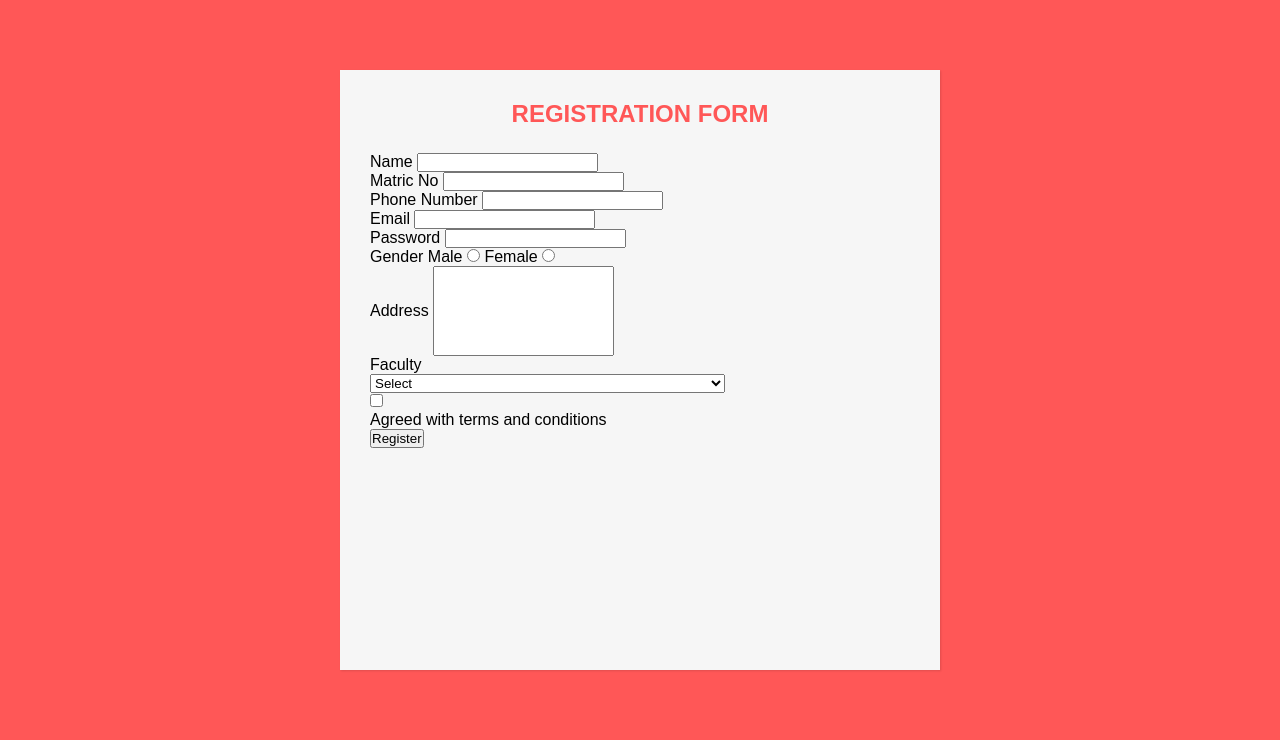
Repository: salmaARS/shovice
Page: public/register.html
An editor plug-in stored every save of this project. The page is shown before and after the next save, followed by the edit.
The browser window is 1280 px wide. The pictures show the whole page.

Above is the page before, as saved 2021-06-12 01:11:18.

### public/register.html
<!DOCTYPE html>
<html lang="en">

<head>
    <meta charset="UTF-8">
    <meta name="viewport" content="width=device-width, initial-scale=1.0">
    <title>Registration Form</title>
    <script src="https://cdnjs.cloudflare.com/ajax/libs/jquery/3.4.1/jquery.js"></script>
    <!--CSS-->
    <style>
        * {
            margin: 0;
            padding: 0;
            box-sizing: border-box;
            font-family: 'Montserrat', sans-serif;
        }

        body {
            background-color: #FF5757;
            padding: 0 10px;
        }

        .wrapper {
            max-width: 600px;
            width: 100%;
            height: 600px;
            background: #F6F6F6;
            margin: 70px auto;
            padding: 30px;
            box-shadow: 1px 1px 2px rgba(0, 0, 0, 0.125);


        }

        .wrapper .title {
            font-size: 24px;
            font-weight: 700;
            margin-bottom: 25px;
            color: #FF5757;
            text-transform: uppercase;
            text-align: center;
        }

        .wrapper .form {
            width: 100%;

        }

        .wrapper .form .input_field {
            margin-bottom: 15px;
            display: flex;
            align-items: center;

        }

        .wrapper .form .input_field label {
            width: 100px;
            color: #FF5757;
            margin-right: 10px;
            font-size: 14px;
        }

        .wrapper .form .input_field .input,
        .wrapper .form .input_field .textarea

        /* .wrapper .form .input_field .gender { */
            {
            width: 100%;
            outline: none;
            border: 1px solid #FF5757;
            font-size: 15px;
            padding: 8px 10px;
            border-radius: 3px;
            transition: all 0.3s ease;
        }

        .wrapper .form .input_field .gender {
            width: 70px;
            outline: none;
            margin-right: 1px;
            font-size: 10px;
            /* border-color: #FF5757; */
            position: relative;
            /* border: 1px solid #FF5757; */
        }

        .wrapper .form .input_field .check input[type="radio"] {
            position: absolute;
            top: 0;
            left: 0;
            opacity: 0;
        }

        .wrapper .form .input_field .check .checkmark {
            width: 15px;
            height: 15px;
            border: 1px solid #FF5757;
            display: block;
            position: relative;
            /* background: #FF5757; */
        }

        .wrapper .form .input_field .check .checkmark:before {
            content: "";
            position: absolute;
            top: 1px;
            left: 2px;
            width: 5px;
            height: 2px;
            border: 2px solid;
            border-color: transparent transparent #FF5757 #FF5757;
            transform: rotate(-45deg);
            display: none;

        }

        .wrapper .form .input_field .check input[type="radio"]:checked~.checkmark:before {
            display: block;


        }

        .wrapper .form .input_field .textarea {
            resize: none;
            height: 80px;
        }

        .wrapper .form .input_field .custom_select {
            position: relative;
            width: 100%;
            height: 37px;

        }

        .wrapper .form .input_field .custom_select select {
            appearance: none;
            border: 1px solid #FF5757;
            width: 100%;
            height: 100%;
            padding: 8px 10px;
            border-radius: 3px;
            outline: none;
        }

        .wrapper .form .input_field .input:focus,
        .wrapper .form .input_field .textarea:focus,
        .wrapper .form .input_field select:focus {
            border: 1px solid #C0CCDA;
        }

        .wrapper .form .input_field p {
            font-size: 14px;
            color: #FF5757;

        }

        .wrapper .form .input_field .check {
            width: 15px;
            height: 15px;
            position: relative;
            display: block;
            cursor: pointer;
        }

        .wrapper .form .input_field .check input[type="checkbox"] {
            position: absolute;
            top: 0;
            left: 0;
            opacity: 0;
        }

        .wrapper .form .input_field .check .checkmark {
            width: 15px;
            height: 15px;
            border: 1px solid #FF5757;
            display: block;
            position: relative;
            /* background: #FF5757; */
        }

        .wrapper .form .input_field .check .checkmark:before {
            content: "";
            position: absolute;
            top: 1px;
            left: 2px;
            width: 5px;
            height: 2px;
            border: 2px solid;
            border-color: transparent transparent #FF5757 #FF5757;
            transform: rotate(-45deg);
            display: none;

        }

        /* /* .wrapper .form .input_field .check input[type="checkbox"]:checked ~ .checkmark{
            background: #FF5757;

        } */
        .wrapper .form .input_field .check input[type="checkbox"]:checked~.checkmark:before {
            display: block;


        }

        .wrapper .form .input_field .btn {
            width: 100%;
            padding: 8px 10px;
            font-size: 15px;
            border: 0;
            background: #FF5757;
            color: black;
            cursor: pointer;
            border-radius: 3px;
            outline: none;
        }

        .wrapper .form .input_field:last-child {
            margin-bottom: 0;

        }

        .wrapper .form .input_field .btn:hover {
            background: #C0CCDA;

        }
    </style>
</head>

<body>
    <div class="wrapper">
        <div class="title">
            Registration Form
        </div>
        <form id="request" action="/register/success" method="POST">
            <div class="input_field">
                <label>Name</label>
                <input type="text" class="input" name="name" id="name">
            </div>
            <div class="input_field">
                <label>Matric No</label>
                <input type="text" class="input" name="matric" id="matric">
            </div>
            <div class="input_field">
                <label>Phone Number</label>
                <input type="text" class="input" name="phone" id="phone">
            </div>
            <div class="input_field">
                <label>Email</label>
                <input type="text" class="input" name="email" id="email">
            </div>
            <div class="input_field">
                <label>Password</label>
                <input type="text" class="input" name="password" id="password">
            </div>
            <div class="input_field">
                <label>Gender</label>
                <label class="genders">Male
                    <input type="radio" name="gender" value="Male">
                    <span class="checkmark"></span>
                </label>
                <label class="genders">Female
                    <input type="radio" name="gender" value="Female">
                    <span class="checkmark"></span>
                </label>

            </div>
            <div class="input_field">
                <label>Address</label>
                <input type="text" class="input" style="height:90px" name="address">
            </div>
            <div class="input_field">
                <label>Faculty</label>
                <div class="custom_select">
                    <select name="faculty">
                        <option value="">Select</option>
                        <option value="Faculty of Science">Faculty of Science</option>
                        <option value="Faculty of Built Environment and Surveying">Faculty of Built Environment and
                            Surveying</option>
                        <option value="Razak Faculty of Technology and Informatics">Razak Faculty of Technology and
                            Informatics</option>
                        <option value="Azman Hashim International Business School">Azman Hashim International Business
                            School</option>
                        <option value="Faculty Engineering">Faculty Engineering</option>
                        <option value="Malaysia-Japan International Institute of Technology">Malaysia-Japan
                            International Institute of Technology</option>
                        <option value="School of Prefessional & Continuing Education (SPACE)">School of Prefessional &
                            Continuing Education (SPACE)</option>
                        <option value="Faculty of Social Science and Huminities">Faculty of Social Science and
                            Huminities</option>

                    </select>
                </div>



            </div>
            <div class="input_field terms">
                <label class="check">
                    <input type="checkbox">
                    <span class="checkmark"></span>
                </label>
                <p> Agreed with terms and conditions</p>

            </div>
            <div class="input_field">
                <button class="btn" type="submit">Register</button>
            </div>



    </div>

    </form>

    <!-- <script>
        $('#frm-insertUser').submit(function (event) {
            event.preventDefault();


            var formData = $(this).serialize();


            $.ajax({
                type: "POST",
                url: "http://localhost/shovice/api/user/",
                data: formData,
                dataType: "json",

                success: function (data, status, xhr) {
                    if (data.rowcount > 0) {
                        alert('Succesfully registered user');
                        window.location.replace("./login.html");
                    }
                    else {
                        alert('fail to register, ' + data.errormessage);
                    }
                },

                error: function () {
                    alert('error: ' + status.log);
                }
            });
        });

    </script> -->
</body>

</html>

After the next save:
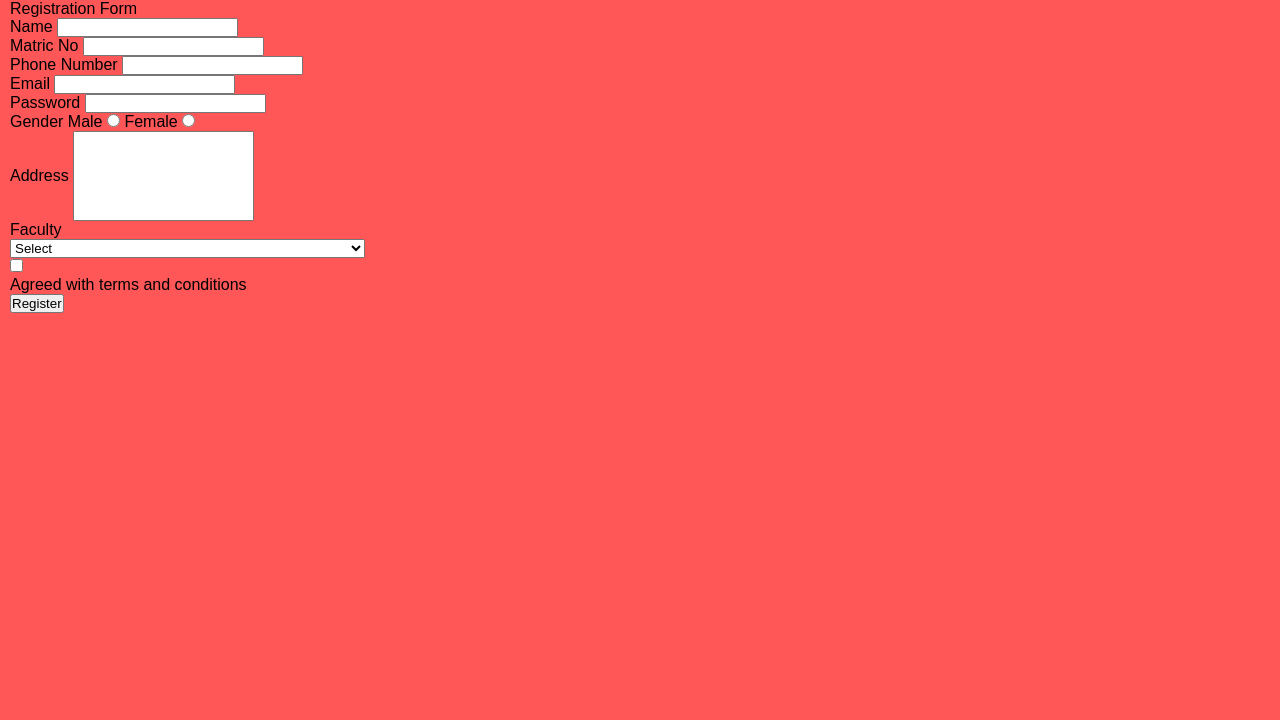
Saved 8 h 6 min later.
--- a/public/register.html
+++ b/public/register.html
@@ -227,11 +227,11 @@
 </head>
 
 <body>
-    <div class="wrapper">
+    <div class="user">
         <div class="title">
             Registration Form
         </div>
-        <form id="request" action="/register/success" method="POST">
+        <form id="user" action="/register/success" method="POST">
             <div class="input_field">
                 <label>Name</label>
                 <input type="text" class="input" name="name" id="name">

After the save that followed:
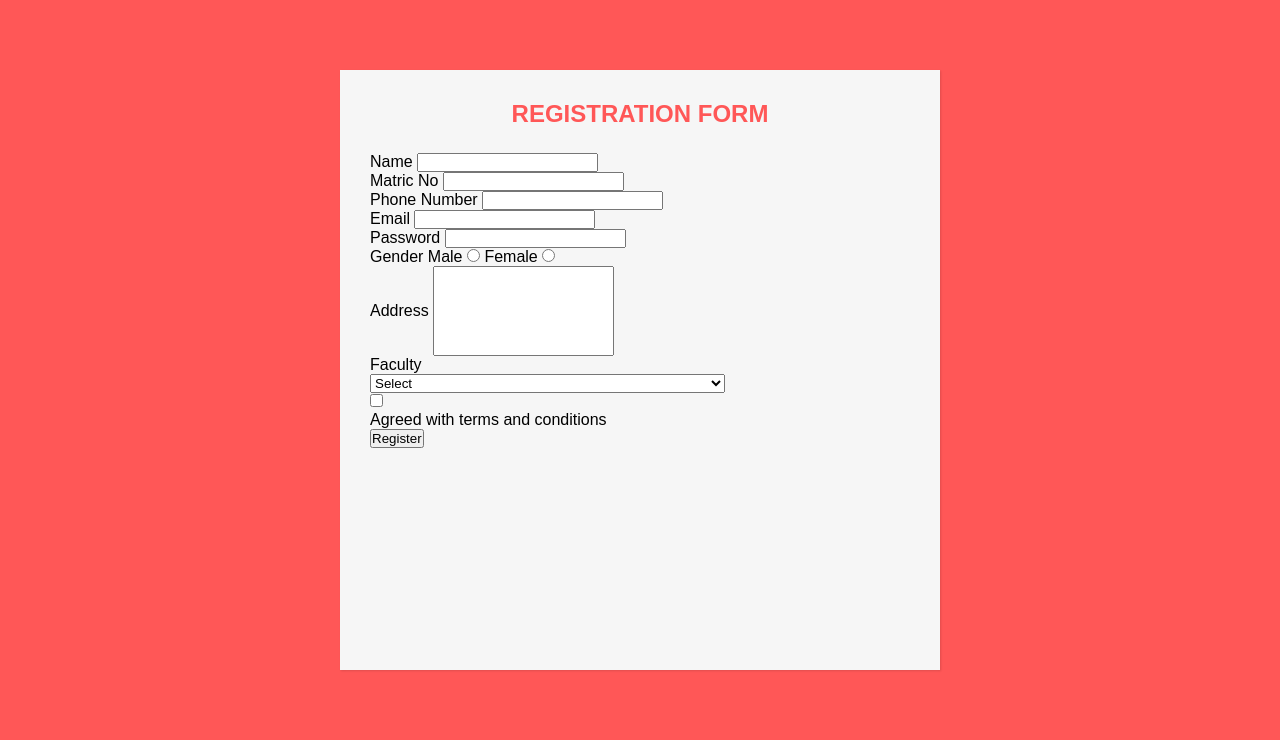
Saved 2 min 6 s later.
--- a/public/register.html
+++ b/public/register.html
@@ -227,7 +227,7 @@
 </head>
 
 <body>
-    <div class="user">
+    <div class="wrapper">
         <div class="title">
             Registration Form
         </div>
